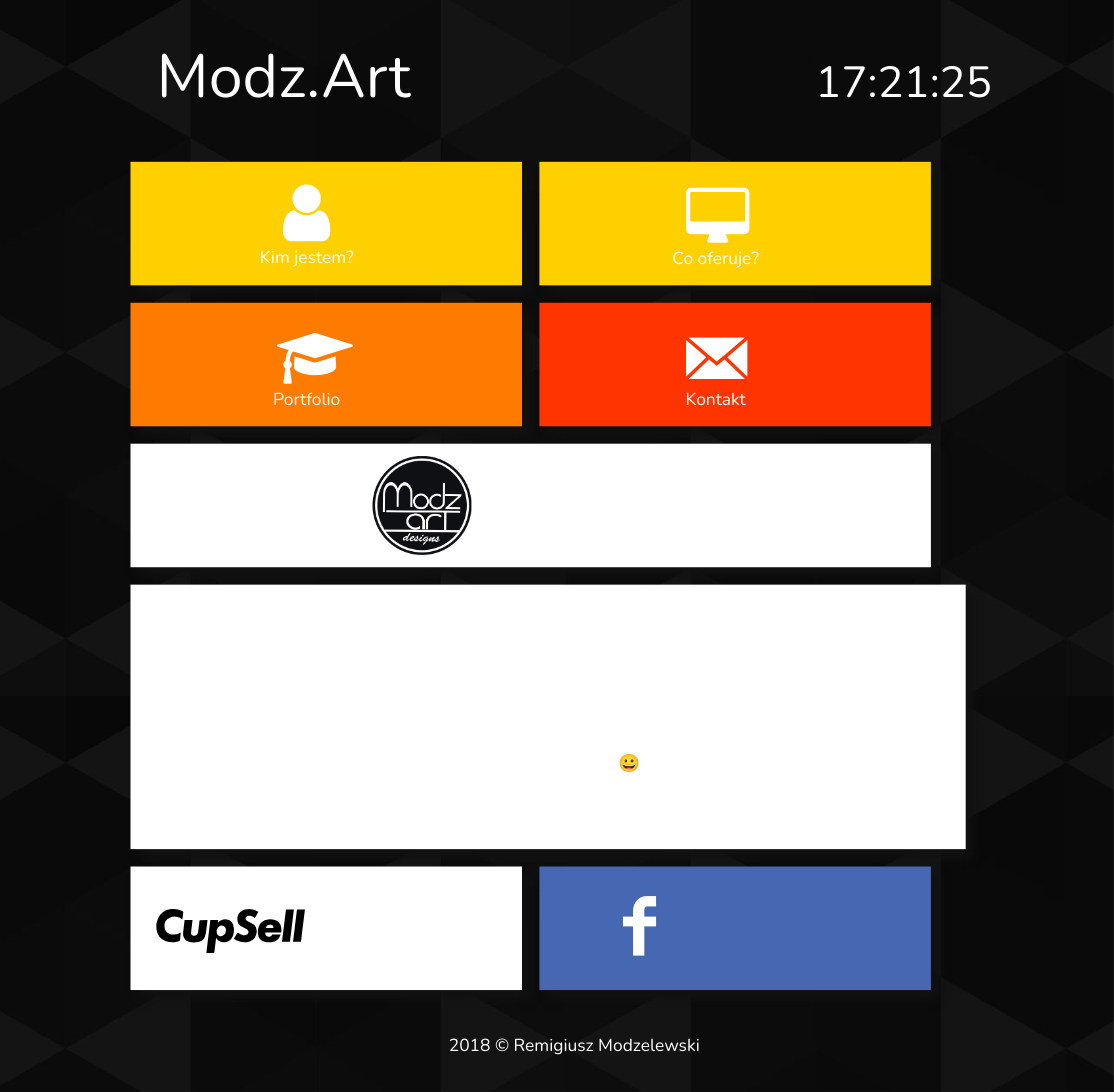
Repository: RemModz/Portfolio
Page: cooferuje.html
The author's editor kept a copy of each file at every save. The page is drawn from the files as they stood at one save, then again after the next save.
The browser window is 1280 px wide. The pictures show the whole page, at 87% of full size.
Backgrounds fixed to the window are drawn as part of the page.

Above is the page before, as saved 2018-11-20 20:03:47.

After the next save:
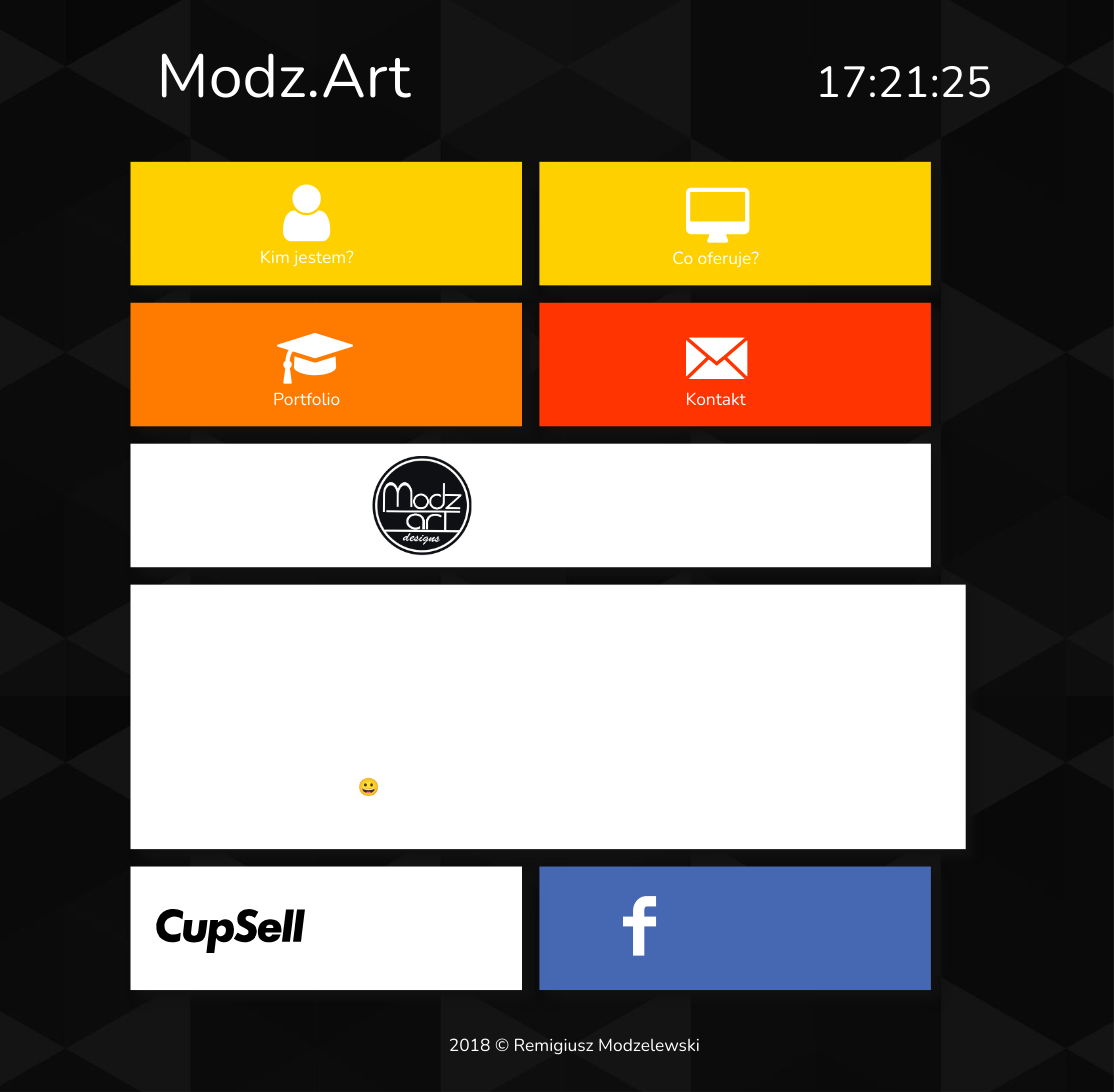
Saved 24 s later.
--- a/cooferuje.html
+++ b/cooferuje.html
@@ -52,7 +52,7 @@
             <div class="tile5"><b>Co oferuje?</b> <br /> <br />W skład mojej oferty wchodzą takie usługi jak:  <br /><br />
             <li> projektowanie ulotek, logotypów i gazetek</li>
             <li> tworzenie infografik i webdesignu</li>
-            <li> tworzenie stron intenetowych </b> (w niedalekiej przyszłości 😀)
+            <li> tworzenie stron intenetowych <br/> (w niedalekiej przyszłości 😀)
             <li> projekty indywidualne</li>
         </li></div>
 
